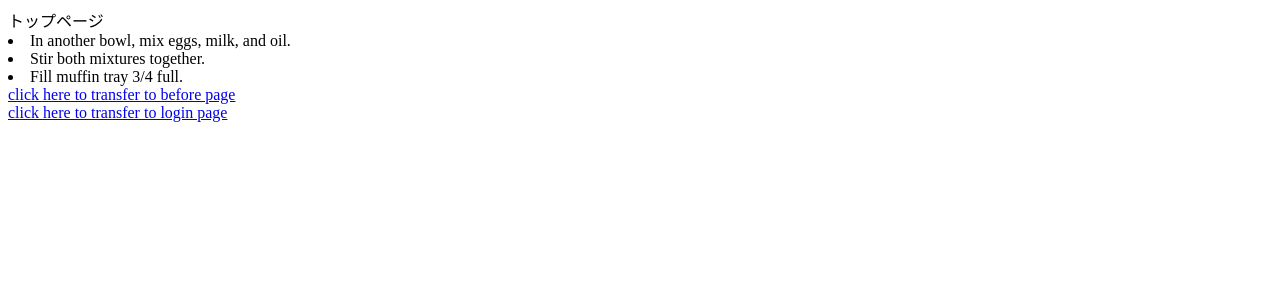
Repository: Mochacha1950/super-duper-octo-potato
Page: http://localhost/index
The author's editor kept a copy of each file at every save. The page is drawn from the files as they stood at one save, then again after the next save.
The browser window is 1280 px wide. The pictures show the whole page.
The page is this project's Thymeleaf template; nobody is signed in. The template is opened directly, without the code that normally fills it, so the values that code supplies are empty.

Above is the page before, as saved 2024-07-16 05:37:19.

### eclipseWorkspace/shop/src/main/resources/templates/index.html
<!DOCTYPE html>
<html xmlns:th="http://www.thymeleaf.org">
<head>
<meta charset="UTF-8">
<title>title title</title>
</head>
<body>
	<!--/* asssdsssdsss */-->
	<div>トップページ</div>
	<div>
	<li>In another bowl, mix eggs, milk, and oil.</li>
    <li>Stir both mixtures together.</li>
    <li>Fill muffin tray 3/4 full.</li>
	</div>

	<div><a th:href="@{/before}">click here to transfer to before page</a></div>
	<a th:href="@{session/login}">click here to transfer to login page</a>
</body>
</html>

After the next save:
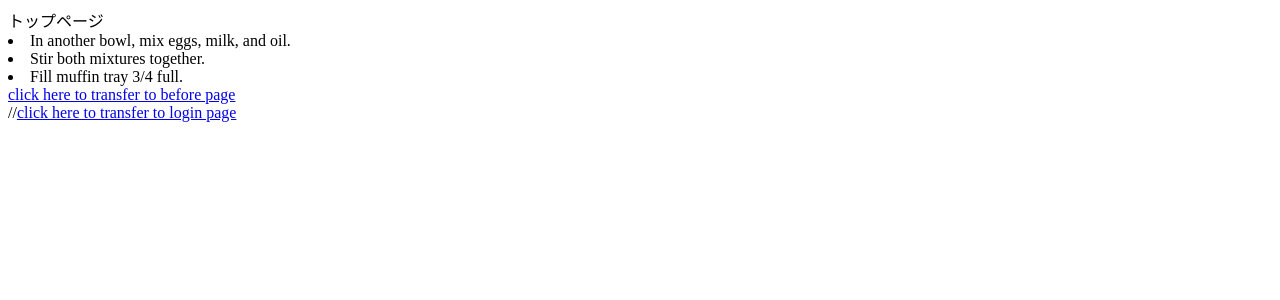
Saved 12 s later.
--- a/eclipseWorkspace/shop/src/main/resources/templates/index.html
+++ b/eclipseWorkspace/shop/src/main/resources/templates/index.html
@@ -14,6 +14,6 @@
 	</div>
 
 	<div><a th:href="@{/before}">click here to transfer to before page</a></div>
-	<a th:href="@{session/login}">click here to transfer to login page</a>
+	//<a th:href="@{session/login}">click here to transfer to login page</a>
 </body>
 </html>
